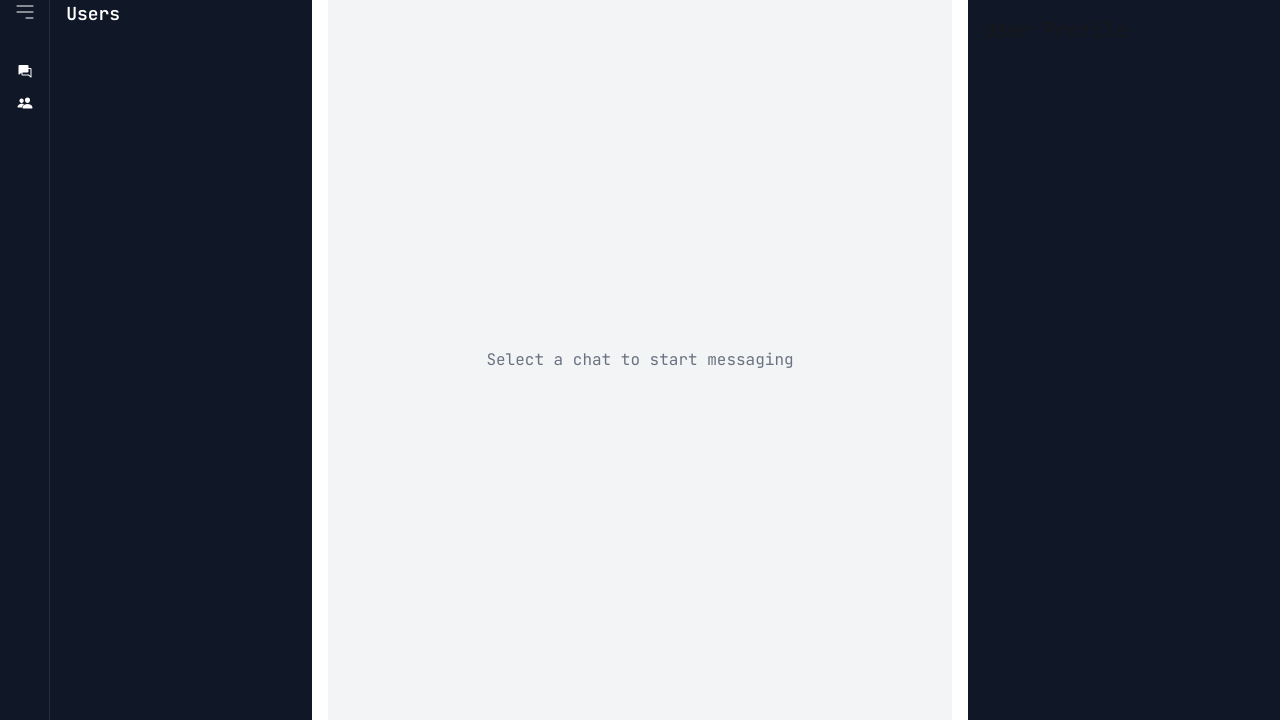
Repository: Sync-Decode/chat-app
Page: /
An editor plug-in stored every save of this project. The page is shown before and after a run of saves, followed by the edit.
The browser window is 1280 px wide. The pictures show the whole page.
The page's requests for data from a server got no answer. The project was rebuilt for these pictures with package versions that can differ from the ones it lists, and the page was loaded fresh each time. The framework's server and built-in components were replaced by stand-ins that run in the browser. No one was signed in, and anything a server would have sent is missing. Also part of the build but not shown: next.config.mjs, src/components/Menu.jsx, src/components/Chatview.jsx.

Above is the page before, as saved 2025-06-21 16:49:26.

### src/app/layout.js
import { JetBrains_Mono } from 'next/font/google'
import './globals.css'

const jetBrains = JetBrains_Mono({
  variable: '--font-JetBrains_Mono',
  subsets: ['latin'],
})

export const metadata = {
  title: 'Lisp Chat',
  description: 'Chat and connect with fellow tweeps',
}

export default function RootLayout({ children }) {
  return (
    <html lang="en">
      <body className={`${jetBrains.className}  antialiased flex flex-col justify-center items-center w-full h-svh`}>
        {children}
      </body>
    </html>
  )
}

### src/app/page.js
'use client'
import { useIsMobile } from '@/hooks/useIsMobile'
import { useIsTablet } from '@/hooks/useIsTablet'
import { useIsDesktop } from '@/hooks/useIsDesktop'
import { useViewStore } from '@/store/store'
import { useRouter } from 'next/navigation'
import Sidebar from '@/components/Sidebar'
import Chat from '@/components/Chat'
import Profile from '@/components/Profile'
import Loading from '@/components/Loading'
const Home = () => {
  const view = useViewStore((s) => s.view)
  const setView = useViewStore((s) => s.setView)
  const isMobile = useIsMobile()
  const isTablet = useIsTablet()
  const isDesktop = useIsDesktop()
  const router = useRouter()
  const sessionTest = true

  const renderHome = () => {
    if (!sessionTest) {
      router.push('/auth/signin')
      return
    }

    if (isMobile) {
      setView('sidebar')
      if (view === 'sidebar') return <Sidebar />
      if (view === 'chat') return <Chat />
      if (view === 'profile') return <Profile />
      return
    }

    if (isTablet) {
      setView('chat')
      return (
        <div className="w-screen max-w-screen-2xl h-svh flex gap-4 ">
          <div className="flex-1 w-full h-full">
            <Sidebar />
          </div>

          <div className="flex-2 w-full h-full">
            {view === 'chat' && <Chat />}
            {view === 'profile' && <Profile />}
          </div>
        </div>
      )
    }

    if (isDesktop) {
      return (
        <div className="w-screen max-w-screen-2xl h-svh flex gap-4 ">
          <div className="flex-1">
            <Sidebar />
          </div>

          <div className="flex-2">
            <Chat />
          </div>

          <div className="flex-1">
            <Profile />
          </div>
        </div>
      )
    }
    return <Loading />
  }
  return renderHome()
}

export default Home

### src/app/globals.css
@import 'tailwindcss';
@tailwind base;
@tailwind components;
@tailwind utilities;

:root {
  --background: #ffffff;
  --foreground: #171717;
}

@theme inline {
  --color-background: var(--background);
  --color-foreground: var(--foreground);
  --font-sans: var(--font-geist-sans);
  --font-mono: var(--font-geist-mono);
}

@media (prefers-color-scheme: dark) {
  :root {
    --background: #0a0a0a;
    --foreground: #ededed;
  }
}

* {
  box-sizing: border-box;
  margin: 0;
  scrollbar-width: 0;
}

*::-webkit-scrollbar{
  display: none
}



@layer base {
  p {
    @apply text-sm font-light;
  }

  h6 {
    @apply text-base;
  }

  h5 {
    @apply text-lg;
  }

  h4 {
    @apply text-xl;
  }
  h3 {
    @apply text-2xl font-light;
  }
  h2 {
    @apply text-3xl;
  }
  h1 {
    @apply text-4xl;
  }
}

body {
  background: var(--background);
  color: var(--foreground);
}

### src/hooks/useIsMobile.js
'use client'
import { useEffect, useState } from 'react'

export function useIsMobile() {
  const [isMobile, setIsMobile] = useState(false)

  useEffect(() => {
    const check = () => setIsMobile(window.innerWidth < 768)
    check()
    window.addEventListener('resize', check)
    return () => window.removeEventListener('resize', check)
  }, [])

  return isMobile
}

### src/hooks/useIsTablet.js
'use client'
import { useState, useEffect } from 'react'

export const useIsTablet = () => {
  const [isTablet, setIsTablet] = useState(false)
  useEffect(() => {
    const check = () =>
      setIsTablet(window.innerWidth > 768 && window.innerWidth < 1024)
    check()
    window.addEventListener('resize', check)
    return () => window.removeEventListener('resize', check)
  }, [])
  return isTablet
}

### src/hooks/useIsDesktop.js
"use client"
import { useState, useEffect } from 'react'

export const useIsDesktop = () => {
  const [isDesktop, setIsDesktop] = useState(false)
  useEffect(() => {
    const check = () => setIsDesktop(window.innerWidth > 1024)
    check()
    window.addEventListener('resize', check)
    return () => window.removeEventListener('resize', check)
  }, [])
  return isDesktop
}

### src/store/store.js
// store/viewStore.js
import { create } from 'zustand'
import supabase from '@/lib/supabase'

//view store
export const useViewStore = create((set) => ({
  view: 'sidebar', // 'sidebar' | 'chat' | 'profile'
  setView: (view) => set({ view: view }),
}))

// login view store
export const useLoginViewStore = create((set) => ({
  loginType: 'signin',
  setLoginType: (type) => set({ loginType: type }),
}))

//session store
export const useSession = create((set) => ({
  session: null,
  hasFetchedSession: false,

  fetchSession: async () => {
    const session = supabase.auth.getSession()

    if (session) {
      await supabase.from('users').upsert({
        user_id: data.session.user.id,
        email: data.session.user.email,
        username: data.session.user.user_metadata.name || '',
        avatar_url: data.session.user.user_metadata.avatar_url || '',
      })
    }

    set({ session: session, hasFetchedSession: true })

    return null
  },
}))

//menu store
export const useMenu = create((set) => ({
  isMenuHidden: true,
  setIsMenuHidden: () =>
    set((state) => ({
      isMenuHidden: !state.isMenuHidden,
    })),
}))

// signup store
export const useSignupInfo = create((set) => ({
  username: '',
  setUsername: (username) => set({ username }),
  email: '',
  setEmail: (email) => set({ email }),
  password: '',
  setPassword: (password) => set({ password }),
}))

// users store
export const useUsersStore = create((set) => ({
  users: [],
  error: null,
  currentUserID: null,

  fetchUsers: async () => {
    try {
      const session = supabase.auth.getSession()
      const currentUserID = session.data.session?.user?.id
      set({ currentUserID })

      if (!currentUserID) {
        throw new Error('Not authenticated')
      }

      const { data, error } = await supabase
        .from('users')
        .select('user_id, username, avatar_url, is_online, email')
        .neq('user_id', currentUserID)

      if (error) throw error

      set({ users: data })
      console.log('FetchedUsers', data)
    } catch (err) {
      set({ error: err.message || 'Error fetching users' })
      console.error('Error fetching users:', err.message)
    }
  },
}))

//chat store
export const useChatStore = create((set) => ({
  selectedChatId: null,
  otherUser: null,
  setOtherUser: (user) => set({ otherUser: user }),
  setSelectedChatId: (id) => set({ selectedChatId: id }),
  setSelectedChat: (chat) => set({ selectedChat: chat }),
  fetchChat: async (chatId) => {
    try {
      const { data, error } = await supabase
        .from('chats')
        .select('*')
        .eq('chat_id', chatId)
        .single()

      if (error) throw error

      set({ selectedChat: data })
      console.log('Fetched chat:', data)
    } catch (err) {
      console.error('Error fetching chat:', err.message)
    }
  },
}))

### src/components/Sidebar.jsx
import { useMenu, useViewStore } from '@/store/store'
import { useIsMobile } from '@/hooks/useIsMobile'
import { PiChatsFill } from 'react-icons/pi'
import { IoPeople } from 'react-icons/io5'
import Menu from './Menu'
import Hamburger from './Hamburger'
import UserList from './UserList'

export default function Sidebar() {
  const setView = useViewStore((s) => s.setView)
  const isMenuHidden = useMenu((s) => s.isMenuHidden)
  const setIsMenuHidden = useMenu((s) => s.setIsMenuHidden)
  const isMobile = useIsMobile((s) => s.isMobile)

  return (
    <div className="relative w-full h-full flex  bg-gray-900 text-white">
      <div className="flex-1 flex flex-col justify-start items-center gap-8 border-r border-gray-500/25">
        <div onClick={() => setIsMenuHidden((prev) => !prev)}>
          <Hamburger />
        </div>

        <div className="flex flex-col gap-4">
          <PiChatsFill />

          <IoPeople />
        </div>

        <div />
      </div>

      <div className="relative flex-5 h-full pl-4 overflow-y-auto">
        <div className="sticky top-0 flex items-center justify-between">
          <h3 className="text-lg font-semibold">Users</h3>
        </div>
        {!isMenuHidden && <Menu />}
        <UserList />
      </div>
    </div>
  )
}

### src/components/Chat.jsx
// components/Chat.js

import { useViewStore } from '@/store/store'
import { useIsMobile } from '@/hooks/useIsMobile'
import { useIsDesktop } from '@/hooks/useIsDesktop'
import { useChatStore } from '@/store/store'
import ChatView from './Chatview'
import { useEffect } from 'react'

const Chat = () => {
  //Chat panel component
  // This component serves as the main chat interface, displaying the selected chat and providing navigation options

  const selectedChatId = useChatStore((s) => s.selectedChatId)

  return (
    <div className="relative w-full h-full flex flex-col bg-gray-800 overflow-scroll ">
      <div className="relative flex-1 w-full max-h-full flex flex-col bg-gray-100">

        {selectedChatId ? (
          <ChatView chatId={selectedChatId} />
        ) : (
          <div className="flex items-center justify-center h-full text-gray-500">
            Select a chat to start messaging
          </div>
        )}
      </div>
    </div>
  )
}
export default Chat

### src/components/Profile.jsx
// components/Profile.js

import { useViewStore } from '@/store/store'
import { useIsDesktop } from '@/hooks/useIsDesktop'

export default function Profile() {
  const setView = useViewStore((s) => s.setView)
  const isDesktop = useIsDesktop()

  return (
    <div className="w-full h-full  p-4 bg-gray-900 border-0">
      <h3 className="text-xl mb-4">User Profile</h3>
      {!isDesktop && (
        <button
          onClick={() => setView('chat')}
          className="bg-yellow-600 px-4 py-2 rounded"
        >
          Back to Chat
        </button>
      )}
    </div>
  )
}

### src/components/Loading.jsx
import React from 'react'

const Loading = () => {
  return <div className="fixed top-0 left-0 w-full h-full flex flex-col justify-center items-center"><p>Loading...</p></div>
}

export default Loading

### src/lib/supabase.js
import { createClient } from '@supabase/supabase-js'

const supabaseUrl = process.env.NEXT_PUBLIC_SUPABASE_URL
const supabaseAnonKey = process.env.NEXT_PUBLIC_SUPABASE_ANON_KEY
const supabase = createClient(supabaseUrl, supabaseAnonKey)
export default supabase

### src/components/Hamburger.jsx
import { useMenu } from '@/store/store'
const Hamburger = () => {
  const isMenuHidden = useMenu((s) => s.isMenuHidden)
  return (
    <div>
      <button className="rounded-md focus:outline-none   select-none ">
        {isMenuHidden ? (
          <svg
            className="h-6 w-6 text-white"
            xmlns="http://www.w3.org/2000/svg"
            fill="none"
            viewBox="0 0 24 24"
            stroke="currentColor"
          >
            <path
              strokeLinecap="round"
              strokeLinejoin="round"
              strokeWidth={1}
              d="M4 6h16M4 12h16m-7 6h7"
            />
          </svg>
        ) : (
          <svg
            xmlns="http://www.w3.org/2000/svg"
            className="h-6 w-6 text-white"
            fill="none"
            viewBox="0 0 24 24"
            stroke="currentColor"
            strokeWidth={2}
          >
            <path
              strokeLinecap="round"
              strokeLinejoin="round"
              d="M6 18L18 6M6 6l12 12"
            />
          </svg>
        )}
      </button>
    </div>
  )
}

export default Hamburger

### src/components/UserList.jsx
import { useUsersStore } from '@/store/store'
import { IoChatbubbleEllipsesOutline } from 'react-icons/io5'
import { useEffect } from 'react'
import supabase from '@/lib/supabase'
import { useChatStore, useViewStore } from '@/store/store'

export default function UserList() {
  const setView = useViewStore((s) => s.setView)
  const users = useUsersStore((s) => s.users)
  const fetchUsers = useUsersStore((s) => s.fetchUsers)
  const setSelectedChatId = useChatStore((s) => s.setSelectedChatId)
  const setOtherUser = useChatStore((s) => s.setOtherUser)

  useEffect(() => {
    fetchUsers()
    console.log('Users :', users)
  }, [])

  useEffect(() => {
    console.log('Users fetched:', users)
  }, [users])

  const fetchMessages = async (chatId) => {
    const { data, error } = await supabase
      .from('messages')
      .select('message_id, sender_id, content, created_at, edited_at')
      .eq('chat_id', chatId)
      .order('created_at', { ascending: true })

    if (error) {
      console.error('Error fetching messages:', error.message)
      return []
    }

    return data
  }

  const handleUpsertChat = async (otherUser) => {
    const currentUserId = useUsersStore.getState().currentUserID

    if (!currentUserId || !otherUser.user_id) return

    // Step 1: Check if a chat exists with exactly these 2 members
    const { data: existingChats, error: chatFetchError } = await supabase
      .from('chat_members')
      .select('chat_id')
      .in('user_id', [currentUserId, otherUser.user_id])

    if (chatFetchError) {
      console.error('Failed to fetch chat memberships', chatFetchError)
      return null
    }

    const chatCount = existingChats.reduce((acc, curr) => {
      acc[curr.chat_id] = (acc[curr.chat_id] || 0) + 1
      return acc
    }, {})

    const existingChatId = Object.entries(chatCount).find(
      ([, count]) => count === 2
    )?.[0]

    if (existingChatId) {
      setSelectedChatId(existingChatId)
      const { data: chat } = await supabase
        .from('chats')
        .select('*')
        .eq('chat_id', existingChatId)
        .single()

      return chat
    }

    // Step 2: Create new chat
    const { data: newChat, error: createError } = await supabase
      .from('chats')
      .insert({
        type: 'dm',
        created_by: currentUserId,
      })
      .select()
      .single()

    if (createError) {
      console.error('Failed to create chat', createError)
      return null
    }

    // Step 3: Add both users to chat_members
    const { error: memberInsertError } = await supabase
      .from('chat_members')
      .insert([
        {
          chat_id: newChat.chat_id,
          user_id: currentUserId,
          role: 'admin',
        },
        {
          chat_id: newChat.chat_id,
          user_id: otherUser.user_id,
          role: 'member',
        },
      ])

    if (memberInsertError) {
      console.error('Failed to add members', memberInsertError)
      return null
    }

    return newChat
  }

  return (
    <div className="w-full h-full overflow-y-auto">
      {users.map((user) => (
        <div
          key={user.user_id}
          className="p-2 border-b  border-b-slate-700 hover:bg-gray-800"
          onClick={async () => {
            handleUpsertChat(user)
            console.log('Selected user:', user)
            setOtherUser(user)
            setView('chat')
          }}
        >
          <div className="flex p-4 items-center gap-4  cursor-pointer ">
            {user.avatar_url?.trim() ? (
              <img src={user.avatar_url} className="w-8 h-8 rounded-full" />
            ) : (
              <img
                src="/fallback-avatar.png"
                className="w-8 h-8 rounded-full"
              />
            )}

            <span>{user.username || user.email}</span>
            {user.is_online && (
              <span className="text-green-500 text-xs ml-2">● Online</span>
            )}
            <div className="self-end" onClick={() => handleUpsertChat(user)}>
              <IoChatbubbleEllipsesOutline width={32} height={32} />
            </div>
          </div>
        </div>
      ))}
    </div>
  )
}

After the next 2 saves:
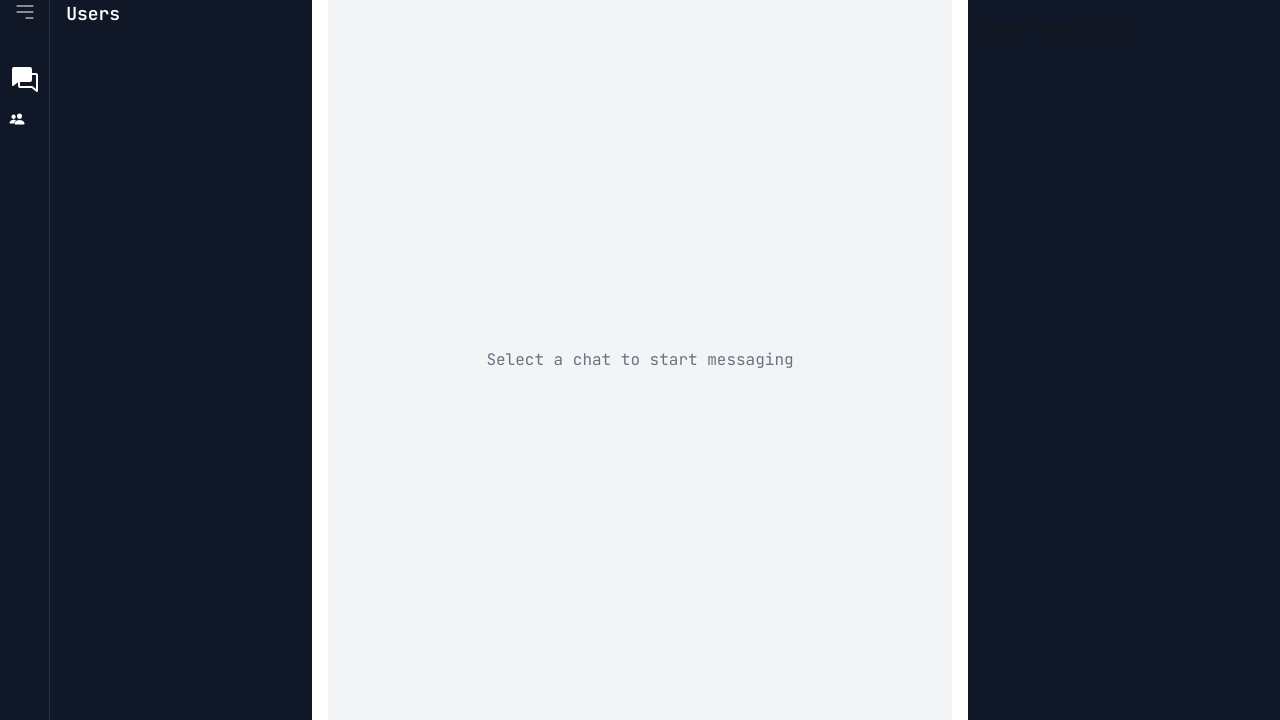
The 2 saves are shown as one change because they came seconds apart.
The last was saved 5 s later.
--- a/src/components/Sidebar.jsx
+++ b/src/components/Sidebar.jsx
@@ -20,7 +20,7 @@ export default function Sidebar() {
         </div>
 
         <div className="flex flex-col gap-4">
-          <PiChatsFill />
+          <PiChatsFill size={32} />
 
           <IoPeople />
         </div>
